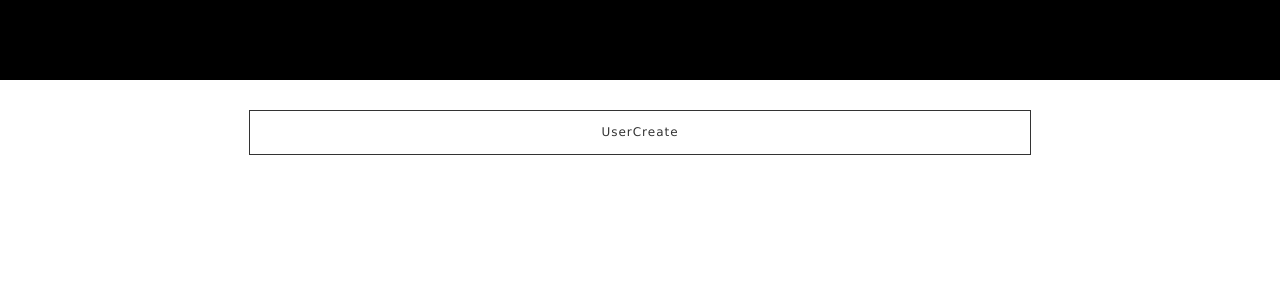
Repository: yukisu18/test
Page: http://localhost/ecsite/userCreate.jsp
These files come from the project's save history. The page is drawn as it stood at one moment and after the next save; the edit follows.
The browser window is 1280 px wide. The pictures show the whole page.
The page is served by Tomcat 9. Nobody is signed in. The application's start-up code is not run. Other server files are loaded and not shown.

Above is the page before, as saved 2019-03-06 10:03:39.

### ecsite/WebContent/userCreate.jsp
<%@ page language="java" contentType="text/html; charset=UTF-8"
	pageEncoding="UTF-8"%>
<!DOCTYPE html>
<html>
<head>
<meta http-equiv="Content-Type" content="text/html; charset=UTF-8">
<meta http-equiv="Content-Style-Type" content="text/css" />
<meta http-equiv="Content-Script-Type" content="text/javascript" />
<meta http-equiv="imagetoolbar" content="no" />
<meta name="description" content="" />
<meta name="keywords" content="" />
<title>UserCreate画面</title>
<style type="text/css">
/* ========TAG LAYOUT======== */
body {
	margin: 0;
	padding: 0;
	line-height: 1.6;
	letter-spacing: 1px;
	font-family: Verdana, Helvetica, sans-serif;
	font-size: 12px;
	color: #333;
	background: #fff;
}

table {
	text-align: center;
	margin: 0 auto;
}
/* ========ID LAYOUT======== */
#top {
	width: 780px;
	margin: 30px auto;
	border: 1px solid #333;
}

#header {
	width: 100%;
	height: 80px;
	background-color: black;
}

#main {
	width: 100%;
	height: 500px;
	text-align: center;
}

#footer {
	width: 100%;
	height: 80px;
	background-color: black;
	clear: both;
}
</style>
</head>
<body>
	<div id="header">
		<div id="pr"></div>
	</div>
	<div id="main">
		<div id="top">
			<p>UserCreate</p>
		</div>
		<div>
			<s:if test="errorMessage!=''">
				<s:property value="errorMessage" escape="false" />
			</s:if>
		</div>
	</div>
</body>
</html>

After the next save:
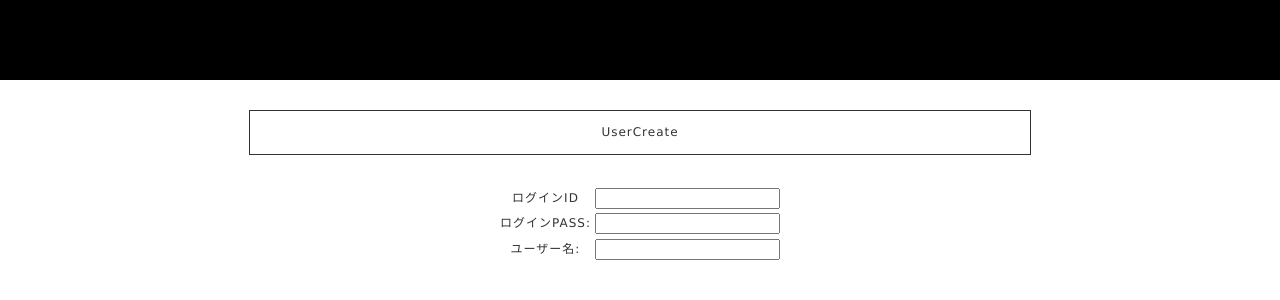
Saved 2 min 31 s later.
--- a/ecsite/WebContent/userCreate.jsp
+++ b/ecsite/WebContent/userCreate.jsp
@@ -66,6 +66,23 @@ table {
 			<s:if test="errorMessage!=''">
 				<s:property value="errorMessage" escape="false" />
 			</s:if>
+			<table>
+				<s:form action="UserCreateConfirmAction">
+					<tr>
+						<td><label>ログインID</label></td>
+						<td><input type="text" name="loginUserId" value="" /></td>
+					</tr>
+					<tr>
+						<td><label>ログインPASS:</label></td>
+						<td><input type="text" name="loginPassword" value="" /></td>
+					</tr>
+					<tr>
+						<td><label>ユーザー名:</label></td>
+						<td><input type="text" name="userName" value="" /></td>
+					</tr>
+					<s:submit value="登録" />
+				</s:form>
+			</table>
 		</div>
 	</div>
 </body>
